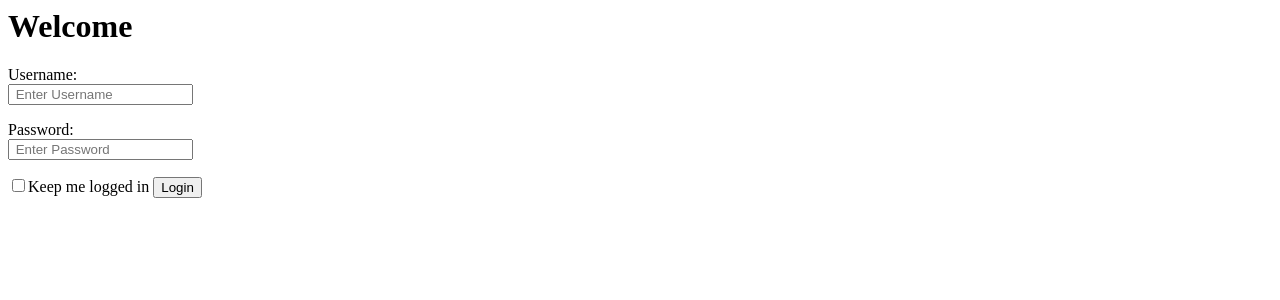
Repository: varshaumeshhs55/ServletProject
Page: LoginRegistrationApp/WebContent/index.html
These files come from the project's save history. The page is drawn as it stood at one moment and after the next save; the edit follows.
The browser window is 1280 px wide. The pictures show the whole page.

Above is the page before, as saved 2019-01-22 10:11:01.

After the next save:
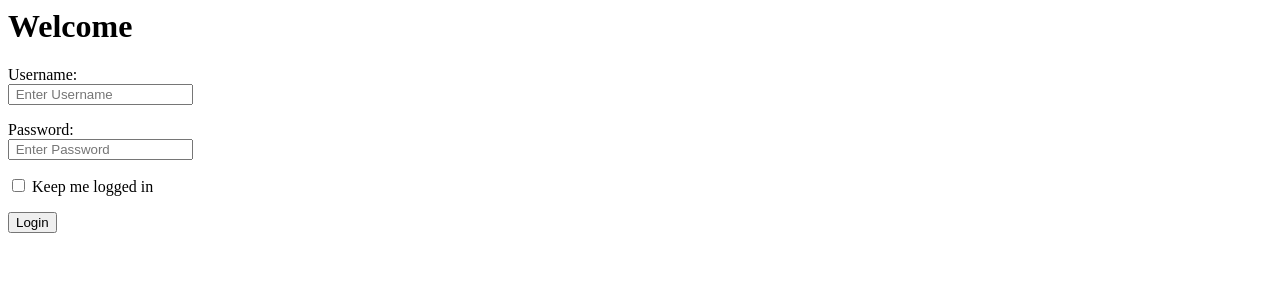
Saved 73 s later.
--- a/LoginRegistrationApp/WebContent/index.html
+++ b/LoginRegistrationApp/WebContent/index.html
@@ -13,8 +13,13 @@
 		 <input type="password" name="password" placeholder=" Enter Password"><br>
 
 	</p>
-	<input type="checkbox"><label for="checkbox">Keep me logged in</label>
-		 <input type="submit" value="Login"><br>
+		<p>
+					<input type="checkbox" name="loginkeeping" id="loginkeeping" value="loginkeeping" />
+					<label for="loginkeeping">Keep me logged in</label>
+				</p>
+				<p>
+					<input type="submit" value="Login" />
+				</p>
 	</form>
 </body>
 </html>
